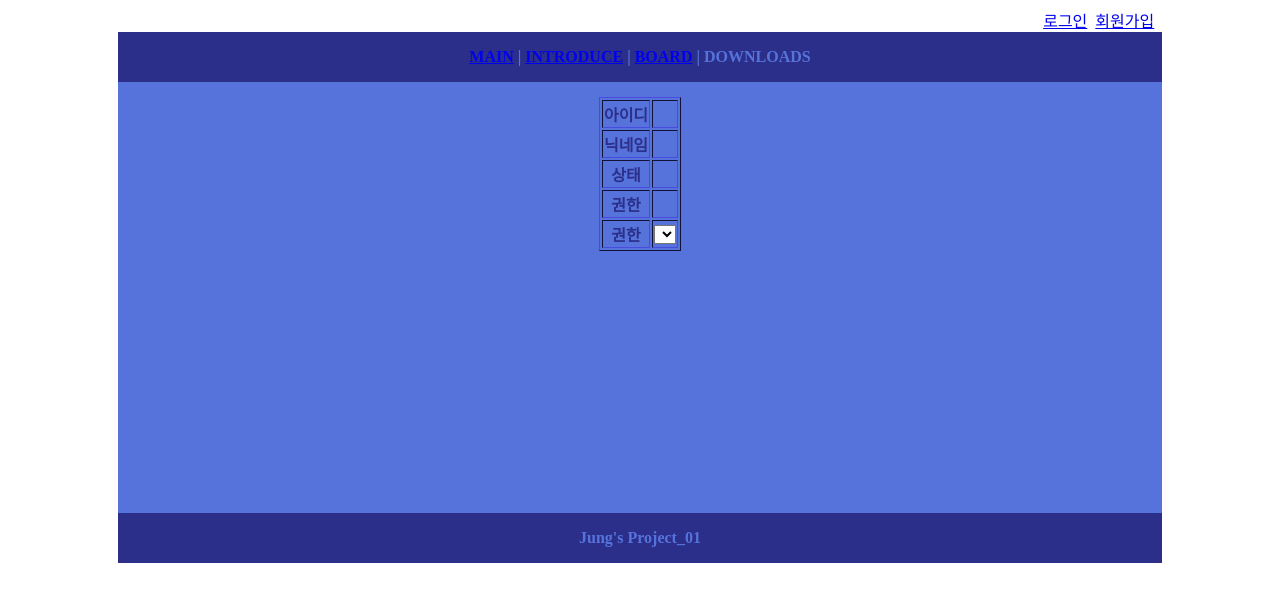
Repository: asas6306/Jungs_
Page: http://localhost/Board-Project1/WEB-INF/JSP/memberMpage.jsp
An editor plug-in stored every save of this project. The page is shown before and after the next save, followed by the edit.
The browser window is 1280 px wide. The pictures show the whole page.
The page is served by Tomcat 9. Nobody is signed in. Other server files are loaded and not shown. The template is opened directly, without the code that normally fills it, so the values that code supplies are empty.

Above is the page before, as saved 2021-01-14 14:39:24.

### Board-Project1/WebContent/WEB-INF/JSP/memberMpage.jsp
<%@ page language="java" contentType="text/html; charset=UTF-8"
    pageEncoding="UTF-8"%>
<jsp:include page="/layout/header.jsp" />

<form action="/Board-Project1/member.do" method="post">
	<table border="1" class="table">
		<tr>
			<th>아이디</th>
			<td>${member.ID}</td>
		</tr>
		<tr>
			<th>닉네임</th>
			<td>${member.nickname}</td>
		</tr>
		<tr>
			<th>상태</th>
			<td>${member.state}</td>
		</tr>
		<tr>
			<th>권한</th>
			<td>${member.mng}</td>
		</tr>
		<tr>
			<th>권한</th>
			<td>
				<select name="${member.mng}">
				</select>
			</td>
		</tr>
	</table>
</form>

<jsp:include page="/layout/footer.jsp" />

### Board-Project1/WebContent/layout/header.jsp
<%@ page language="java" contentType="text/html; charset=UTF-8"
	pageEncoding="UTF-8"%>
<%@ taglib prefix="c" uri="http://java.sun.com/jsp/jstl/core"%>
<!DOCTYPE html>
<html>
<head>
<meta charset="UTF-8">
<title>Jung's Board Project_01</title>
<link rel="stylesheet" type="text/css"
	href="/Board-Project1/layout/layout.css">
</head>
<body>
	<div align="center">
		<div style="width: 82%" align="right">
			<c:choose>
				<c:when test="${m.state}">
					<a>${m.nickname}님 환영합니다!</a>&nbsp
					<a href="/Board-Project1/member.do?action=doLogout">로그아웃</a>&nbsp
					<a href="/Board-Project1/member.do?action=mypage">마이페이지</a>&nbsp
					<c:choose>
						<c:when test="${m.state}">
							<a href="/Board-Project1/management.do">관리페이지</a>&nbsp
						</c:when>
					</c:choose>
				</c:when>
				<c:when test="${!m.state}">
					<a href="/Board-Project1/member.do?action=login">로그인</a>&nbsp
					<a href="/Board-Project1/member.do?action=signup">회원가입</a>&nbsp
				</c:when>
			</c:choose>
		</div>
		<div class="header" align="center">
			<a href="/Board-Project1/main.do">MAIN</a> | <a
				href="/Board-Project1/main.do?action=introduce">INTRODUCE</a> | <a
				href="/Board-Project1/article.do?action=list">BOARD</a> | DOWNLOADS
		</div>
		<div class="main" align="center">
			<!-- haeder -->

### Board-Project1/WebContent/layout/footer.jsp

<!-- footer -->
</div>
<div class="footer" align="center">Jung's Project_01</div>
</div>
</body>
</html>

### Board-Project1/WebContent/layout/layout.css
@charset "UTF-8";

.headertop {
	width: 80%;
}

.header, .footer {
	width: 80%;
	padding: 1em;
	background: #2C2F8A;
	color: #5673DB;
	font: sans-serif;
	font-weight: bold;
}

.main {
	width: 80%;
	padding: 1em;
	min-height: 400px;
	padding-top: 15px;
	background: #5673DB;
	color: #BADCF5;
}

.table {
	border: 2px thin;
	border-color: #2C2F8A;
	font: sans-serif;
	font-style: normal;
	color: #2C2F8A;
}

After the next save:
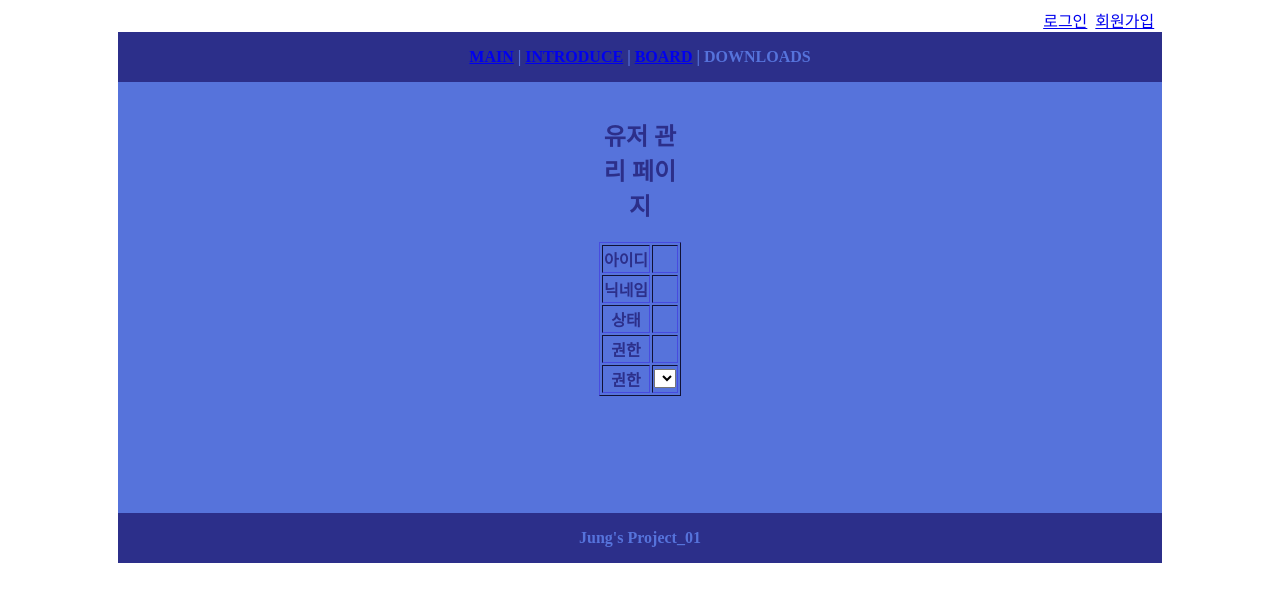
Saved 15 s later.
--- a/Board-Project1/WebContent/WEB-INF/JSP/memberMpage.jsp
+++ b/Board-Project1/WebContent/WEB-INF/JSP/memberMpage.jsp
@@ -4,6 +4,7 @@
 
 <form action="/Board-Project1/member.do" method="post">
 	<table border="1" class="table">
+	<caption><h2>유저 관리 페이지</h2></caption>
 		<tr>
 			<th>아이디</th>
 			<td>${member.ID}</td>
